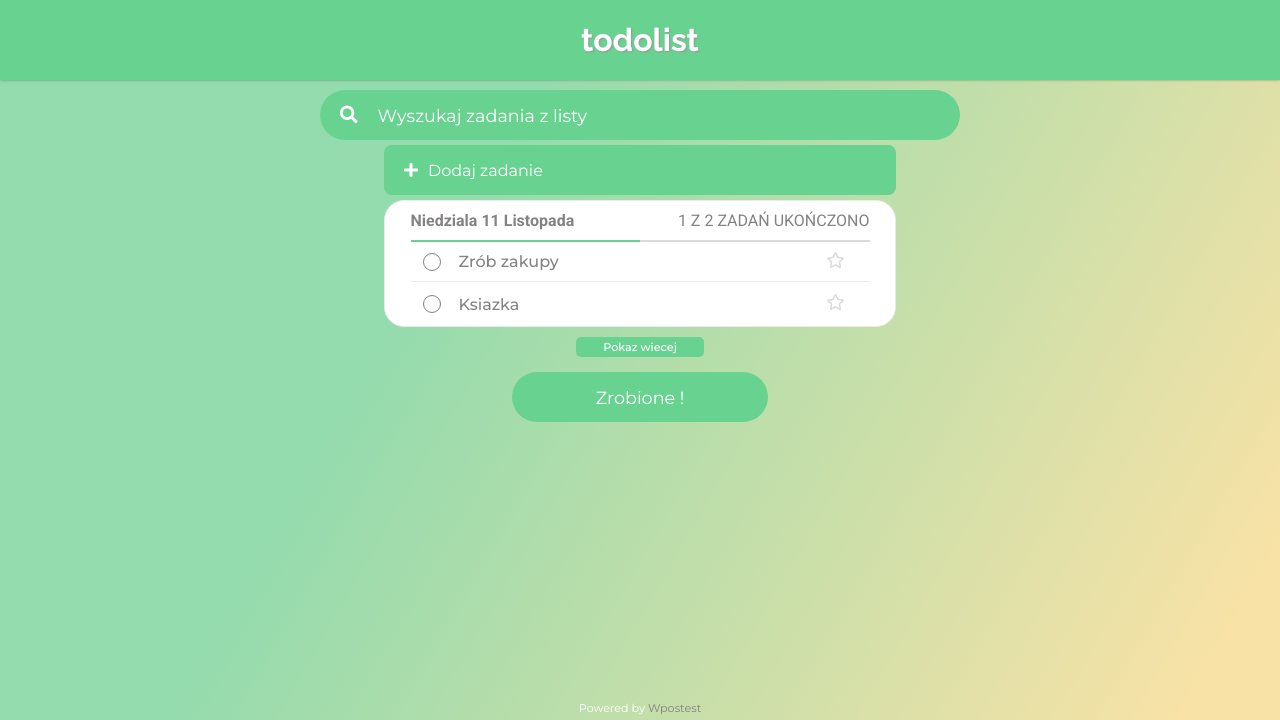
Repository: Wpostest/todolist
Page: src/index.html
These files come from the project's save history. The page is drawn as it stood at one moment and after the next save; the edit follows.
The browser window is 1280 px wide. The pictures show the whole page.
Some web libraries are served in a nearby version. The style sheet was rebuilt from its Sass, Less or Tailwind sources for each picture, by a compiler version that may differ from the author's.

Above is the page before, as saved 2020-01-29 15:55:07.

After the next save:
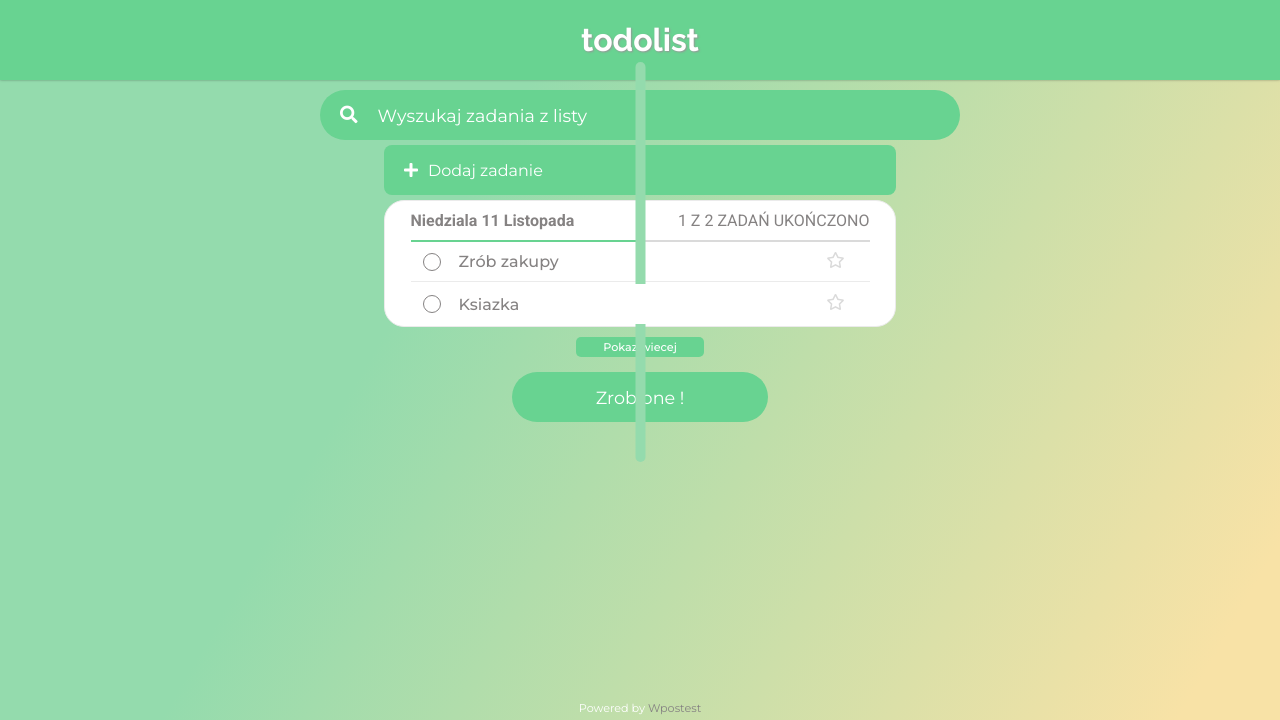
Saved 5 s later.
--- a/src/sass/components/checkboxes/checkbox_done.scss
+++ b/src/sass/components/checkboxes/checkbox_done.scss
@@ -52,7 +52,7 @@
     left: 50%;
     transform: translateX(-50%);
     height: inherit;
-    width: 0px;
+    width: 1px;
     background: $background_secoundary;
     border-radius: 20px;
     transform: scale(10);

After the save that followed:
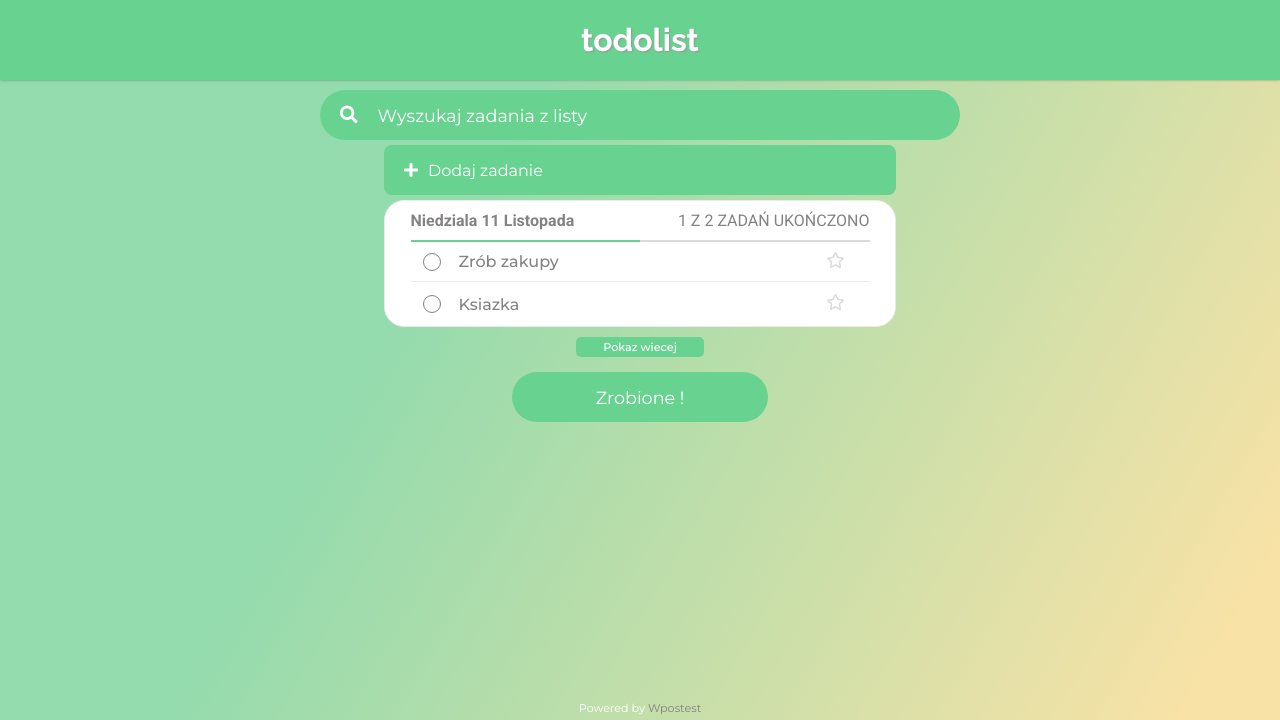
Saved 27 s later.
--- a/src/sass/components/checkboxes/checkbox_done.scss
+++ b/src/sass/components/checkboxes/checkbox_done.scss
@@ -52,7 +52,7 @@
     left: 50%;
     transform: translateX(-50%);
     height: inherit;
-    width: 1px;
+    width: 0px;
     background: $background_secoundary;
     border-radius: 20px;
     transform: scale(10);
